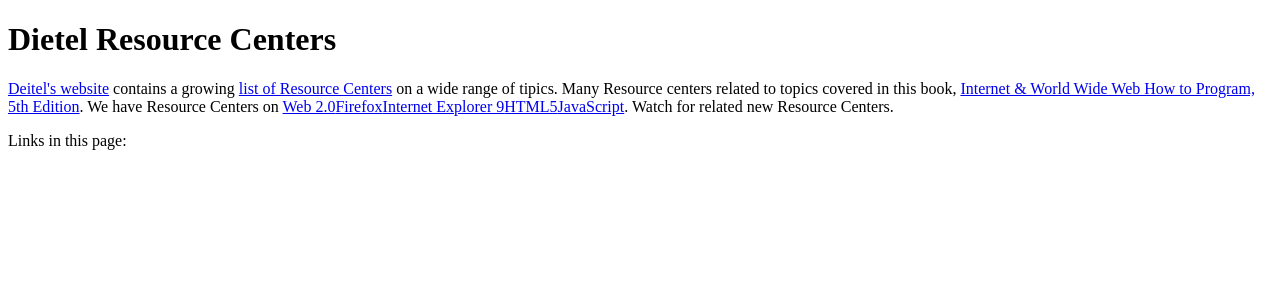
Repository: mlmEFSC21/P20-DOM-Links-Collection
Page: collections.html
The author's editor kept a copy of each file at every save. The page is drawn from the files as they stood at one save, then again after the next save.
The browser window is 1280 px wide. The pictures show the whole page.

Above is the page before, as saved 2022-04-11 14:26:49.

### collections.html
<!DOCTYPE html>

<!-- Fig. 12.13: collections.html -->
<!-- Using the links collection. -->
<html lang="en">
    <head>
        <meta charset="UTF-8" />
        <meta http-equiv="X-UA-Compatible" content="IE=edge" />
        <meta name="viewport" content="width=device-width, initial-scale=1.0" />
        <link rel="stylesheet" href="style.css" />
        <script src="collections.js"></script>
        <title>Using Links Collection</title>
    </head>
    <body>
        <h1>Dietel Resource Centers</h1>
        <p>
            <a href="http://www.deitel.com/">Deitel's website</a> contains a growing
            <a href="http://deitel.com/ResourceCenters.html">list of Resource Centers</a> on a wide
            range of tipics. Many Resource centers related to topics covered in this book,
            <a href="http://deitel.com/books/iw3htp5"
                >Internet & World Wide Web How to Program, 5th Edition</a
            >. We have Resource Centers on <a href="http://deitel.com/Web2.0">Web 2.0</a
            ><a href="http://deitel.com/Firefox">Firefox</a
            ><a href="http://deitel.com/IE9">Internet Explorer 9</a
            ><a href="http://deitel.com/HTML5">HTML5</a
            ><a href="http://deitel.com/JavaScript">JavaScript</a>. Watch for related new Resource
            Centers.
        </p>
        <p>Links in this page:</p>
        <div id="links"></div>
    </body>
</html>

Loaded but not shown: style.css (no stored copy; drawn as an empty file); collections.js (no stored copy; drawn as an empty file)

After the next save:
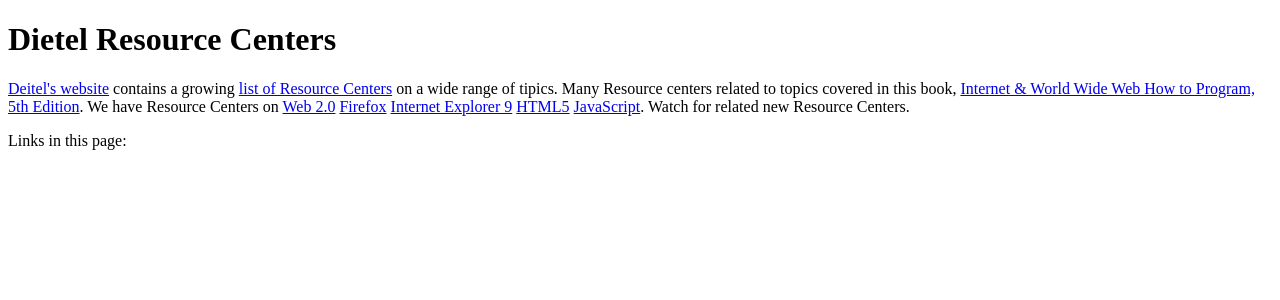
Saved 39 s later.
--- a/collections.html
+++ b/collections.html
@@ -19,11 +19,11 @@
             range of tipics. Many Resource centers related to topics covered in this book,
             <a href="http://deitel.com/books/iw3htp5"
                 >Internet & World Wide Web How to Program, 5th Edition</a
-            >. We have Resource Centers on <a href="http://deitel.com/Web2.0">Web 2.0</a
-            ><a href="http://deitel.com/Firefox">Firefox</a
-            ><a href="http://deitel.com/IE9">Internet Explorer 9</a
-            ><a href="http://deitel.com/HTML5">HTML5</a
-            ><a href="http://deitel.com/JavaScript">JavaScript</a>. Watch for related new Resource
+            >. We have Resource Centers on <a href="http://deitel.com/Web2.0">Web 2.0</a>
+            <a href="http://deitel.com/Firefox">Firefox</a>
+            <a href="http://deitel.com/IE9">Internet Explorer 9</a>
+            <a href="http://deitel.com/HTML5">HTML5</a>
+            <a href="http://deitel.com/JavaScript">JavaScript</a>. Watch for related new Resource
             Centers.
         </p>
         <p>Links in this page:</p>
